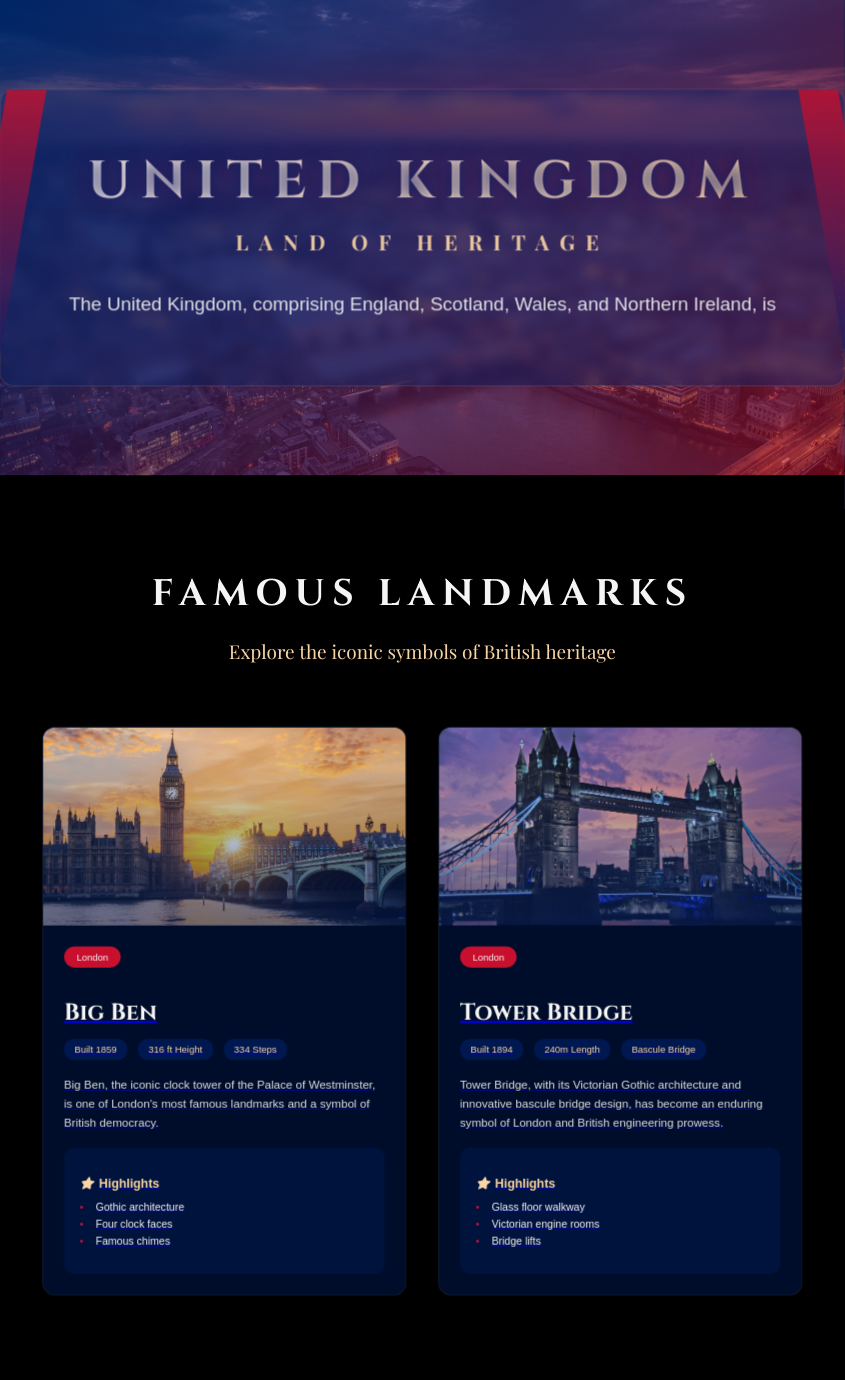
Repository: huang-heavenly-Emperor/NewYork
Page: uk.html
The author's editor kept a copy of each file at every save. The page is drawn from the files as they stood at one save, then again after the next save.
The browser window is 1280 px wide. The pictures show the whole page, at 66% of full size.
Backgrounds fixed to the window are drawn as part of the page.

Above is the page before, as saved 2025-02-19 16:13:00.
Not found: images/uk-pattern.jpg

### uk.html
<!DOCTYPE html>
<html lang="en">

<head>
  <meta charset="UTF-8">
  <meta name="viewport" content="width=device-width, initial-scale=1.0">
  <title>United Kingdom - Tour</title>
  <link rel="stylesheet" href="css/style.css">
  <link rel="stylesheet" href="css/uk.css">
  <link rel="stylesheet" href="css/animations.css">
  <link rel="stylesheet" href="lib/font-awesome.css">
  <link rel="preconnect" href="https://fonts.googleapis.com">
  <link rel="preconnect" href="https://fonts.gstatic.com" crossorigin>
  <link href="https://fonts.googleapis.com/css2?family=Cinzel:wght@400;700&family=Playfair+Display:wght@400;700&display=swap" rel="stylesheet">
</head>

<body>
  <!-- 主要内容区 -->
  <main class="main-content">
    <!-- 英雄横幅 -->
    <div class="hero-banner">
      <div class="overlay"></div>
      <div class="british-pattern top"></div>
      <div class="british-pattern bottom"></div>

      <!-- 卷轴容器 -->
      <div class="scroll-container">
        <div class="scroll-decoration left"></div>
        <div class="scroll-decoration right"></div>
        <div class="scroll-inner">
          <h1 class="city-title">
            <span class="english-title">United Kingdom</span>
            <span class="subtitle">Land of Heritage</span>
          </h1>
          <div class="intro-quote typewriter-text" data-text="The United Kingdom, comprising England, Scotland, Wales, and Northern Ireland, is known for its rich history and cultural influence. London, its capital, features landmarks like Big Ben and Buckingham Palace. The UK is famous for its literature, music, and traditions like afternoon tea. Its diverse landscapes range from the Scottish Highlands to the English countryside.">
          </div>
        </div>
      </div>
    </div>

    <!-- 地标部分 -->
    <section class="continent-section">
      <div class="section-header">
        <h2 class="section-title">Famous Landmarks</h2>
        <p class="section-subtitle">Explore the iconic symbols of British heritage</p>
      </div>

      <!-- 地标卡片网格 -->
      <div class="landmark-grid">
        <!-- 大本钟卡片 -->
        <a href="big-ben.html" class="landmark-link">
          <div class="landmark-card">
            <div class="landmark-image">
              <img src="images/big-ben.jpg" alt="Big Ben">
              <div class="image-overlay"></div>
            </div>
            <div class="landmark-content">
              <div class="content-inner">
                <span class="location-tag">London</span>
                <h2>Big Ben</h2>
                <div class="quick-info">
                  <span>Built 1859</span>
                  <span>316 ft Height</span>
                  <span>334 Steps</span>
                </div>
                <p class="description">
                  Big Ben, the iconic clock tower of the Palace of Westminster, is one of London's most famous landmarks and a symbol of British democracy.
                </p>
                <div class="highlights">
                  <h3><i class="fas fa-star"></i> Highlights</h3>
                  <ul>
                    <li>Gothic architecture</li>
                    <li>Four clock faces</li>
                    <li>Famous chimes</li>
                  </ul>
                </div>
              </div>
            </div>
          </div>
        </a>

        <!-- 伦敦塔桥卡片 -->
        <a href="tower-bridge.html" class="landmark-link">
          <div class="landmark-card">
            <div class="landmark-image">
              <img src="images/tower-bridge.jpg" alt="Tower Bridge">
              <div class="image-overlay"></div>
            </div>
            <div class="landmark-content">
              <div class="content-inner">
                <span class="location-tag">London</span>
                <h2>Tower Bridge</h2>
                <div class="quick-info">
                  <span>Built 1894</span>
                  <span>240m Length</span>
                  <span>Bascule Bridge</span>
                </div>
                <p class="description">
                  Tower Bridge, with its Victorian Gothic architecture and innovative bascule bridge design, has become an enduring symbol of London and British engineering prowess.
                </p>
                <div class="highlights">
                  <h3><i class="fas fa-star"></i> Highlights</h3>
                  <ul>
                    <li>Glass floor walkway</li>
                    <li>Victorian engine rooms</li>
                    <li>Bridge lifts</li>
                  </ul>
                </div>
              </div>
            </div>
          </div>
        </a>
      </div>
    </section>
  </main>

  <script>
    document.addEventListener('DOMContentLoaded', function() {
      const typewriterText = document.querySelector('.typewriter-text');
      const text = typewriterText.getAttribute('data-text');
      typewriterText.textContent = '';

      let charIndex = 0;
      const typingSpeed = 50;

      function typeText() {
        if (charIndex < text.length) {
          typewriterText.textContent += text.charAt(charIndex);
          charIndex++;
          setTimeout(typeText, typingSpeed);
        } else {
          typewriterText.classList.add('typing-complete');
        }
      }

      setTimeout(typeText, 1000);
    });
  </script>
</body>

</html>

### css/uk.css
/* 基础变量 */
:root {
    --british-red: #C8102E;     /* 英国国旗红 */
    --british-blue: #012169;    /* 英国国旗蓝 */
    --royal-gold: #FAD5A5;      /* 皇家金色 */
    --navy-blue: #000080;       /* 海军蓝 */
    --cream-white: #F5F5F5;     /* 奶油白 */
}

/* 主要内容区 */
.main-content {
    min-height: 100vh;
    background: #000;
    position: relative;
}

/* 英雄横幅 */
.hero-banner {
    position: relative;
    width: 100%;
    height: 100vh;
    background: url('../images/uk-bg.jpg') center/cover no-repeat;
    display: flex;
    align-items: center;
    justify-content: center;
    overflow: hidden;
}

.overlay {
    position: absolute;
    top: 0;
    left: 0;
    width: 100%;
    height: 100%;
    background: linear-gradient(
        135deg,
        rgba(1, 33, 105, 0.7),    /* 英国蓝 */
        rgba(200, 16, 46, 0.5)     /* 英国红 */
    );
    z-index: 1;
}

.british-pattern {
    position: absolute;
    width: 100%;
    height: 150px;

    opacity: 0.1;
    z-index: 2;
}

.british-pattern.top {
    top: 0;
    transform: rotate(180deg);
}

.british-pattern.bottom {
    bottom: 0;
}

/* 卷轴容器 */
.scroll-container {
    position: relative;
    max-width: 1200px;
    width: 90%;
    padding: 4rem;
    margin: 2rem auto;
    background: rgba(1, 33, 105, 0.4);
    backdrop-filter: blur(8px);
    -webkit-backdrop-filter: blur(8px);
    border-radius: 20px;
    border: 1px solid rgba(250, 213, 165, 0.2);
    z-index: 3;
}

.scroll-decoration {
    position: absolute;
    width: 60px;
    height: 100%;
    top: 0;
    background: linear-gradient(
        to bottom,
        var(--british-red),
        var(--british-blue)
    );
    opacity: 0.8;
    z-index: -1;
}

.scroll-decoration.left {
    left: -30px;
    transform: skew(-10deg);
}

.scroll-decoration.right {
    right: -30px;
    transform: skew(10deg);
}

.scroll-inner {
    text-align: center;
}

/* 标题样式 */
.city-title {
    margin-bottom: 3rem;
}

.city-title .english-title {
    display: block;
    font-size: 5rem;
    font-family: 'Cinzel', serif;
    color: var(--cream-white);
    margin-bottom: 1rem;
    text-transform: uppercase;
    letter-spacing: 0.2em;
    text-shadow:
        0 0 20px rgba(1, 33, 105, 0.8),
        0 0 40px rgba(200, 16, 46, 0.4);
    background: linear-gradient(
        45deg,
        var(--cream-white),
        var(--royal-gold)
    );
    -webkit-background-clip: text;
    -webkit-text-fill-color: transparent;
}

.city-title .subtitle {
    display: block;
    font-size: 2rem;
    font-family: 'Playfair Display', serif;
    color: var(--royal-gold);
    text-transform: uppercase;
    letter-spacing: 0.5em;
    opacity: 0.9;
}

.intro-quote {
    font-size: 1.8rem;
    line-height: 1.8;
    color: var(--cream-white);
    margin: 2rem 0;
    opacity: 0.9;
}

/* 地标部分 */
.continent-section {
    padding: 6rem 2rem;
    background: url('../images/uk-pattern.jpg') center/cover fixed;
}

.section-header {
    text-align: center;
    margin-bottom: 4rem;
}

.section-title {
    font-size: 3.5rem;
    color: var(--cream-white);
    margin-bottom: 1rem;
    text-transform: uppercase;
    letter-spacing: 0.2em;
    font-family: 'Cinzel', serif;
}

.section-subtitle {
    font-size: 1.8rem;
    color: var(--royal-gold);
    font-family: 'Playfair Display', serif;
}

/* 地标卡片网格 */
.landmark-grid {
    display: grid;
    grid-template-columns: repeat(auto-fit, minmax(400px, 1fr));
    gap: 3rem;
    max-width: 1400px;
    margin: 0 auto;
    padding: 2rem;
}

.landmark-card {
    background: rgba(1, 33, 105, 0.4);
    border-radius: 20px;
    overflow: hidden;
    transition: all 0.4s ease;
    border: 1px solid rgba(250, 213, 165, 0.1);
    backdrop-filter: blur(8px);
    -webkit-backdrop-filter: blur(8px);
}

.landmark-card:hover {
    transform: translateY(-10px);
    box-shadow:
        0 20px 40px rgba(0, 0, 0, 0.3),
        0 0 30px rgba(1, 33, 105, 0.3);
    border-color: rgba(250, 213, 165, 0.3);
}

.landmark-image {
    position: relative;
    width: 100%;
    height: 300px;
    overflow: hidden;
}

.landmark-image img {
    width: 100%;
    height: 100%;
    object-fit: cover;
    transition: transform 0.6s ease;
}

.landmark-card:hover .landmark-image img {
    transform: scale(1.1);
}

.image-overlay {
    position: absolute;
    top: 0;
    left: 0;
    width: 100%;
    height: 100%;
    background: linear-gradient(
        to bottom,
        transparent,
        rgba(1, 33, 105, 0.8)
    );
    opacity: 0.7;
}

.landmark-content {
    padding: 2rem;
}

.location-tag {
    display: inline-block;
    padding: 0.5rem 1.2rem;
    background: var(--british-red);
    color: var(--cream-white);
    border-radius: 20px;
    font-size: 0.9rem;
    margin-bottom: 1rem;
}

.landmark-content h2 {
    font-size: 2.2rem;
    color: var(--cream-white);
    margin-bottom: 1rem;
    font-family: 'Cinzel', serif;
}

.quick-info {
    display: flex;
    gap: 1rem;
    flex-wrap: wrap;
    margin-bottom: 1.5rem;
}

.quick-info span {
    background: rgba(1, 33, 105, 0.6);
    padding: 0.5rem 1rem;
    border-radius: 15px;
    font-size: 0.9rem;
    color: var(--royal-gold);
}

.description {
    font-size: 1.1rem;
    color: var(--cream-white);
    margin-bottom: 1.5rem;
    line-height: 1.6;
    opacity: 0.9;
}

.highlights {
    background: rgba(1, 33, 105, 0.3);
    padding: 1.5rem;
    border-radius: 15px;
}

.highlights h3 {
    color: var(--royal-gold);
    margin-bottom: 1rem;
    display: flex;
    align-items: center;
    gap: 0.5rem;
}

.highlights ul {
    list-style: none;
    padding: 0;
}

.highlights li {
    color: var(--cream-white);
    margin-bottom: 0.5rem;
    padding-left: 1.5rem;
    position: relative;
}

.highlights li::before {
    content: '•';
    color: var(--british-red);
    position: absolute;
    left: 0;
}

/* 响应式设计 */
@media (max-width: 1200px) {
    .city-title .english-title {
        font-size: 4rem;
    }

    .city-title .subtitle {
        font-size: 1.8rem;
    }

    .intro-quote {
        font-size: 1.6rem;
    }
}

@media (max-width: 768px) {
    .scroll-container {
        padding: 2rem;
    }

    .city-title .english-title {
        font-size: 3rem;
    }

    .city-title .subtitle {
        font-size: 1.4rem;
        letter-spacing: 0.3em;
    }

    .intro-quote {
        font-size: 1.4rem;
    }

    .landmark-grid {
        grid-template-columns: 1fr;
    }
}

@media (max-width: 480px) {
    .scroll-container {
        padding: 1.5rem;
    }

    .city-title .english-title {
        font-size: 2.5rem;
    }

    .city-title .subtitle {
        font-size: 1.2rem;
        letter-spacing: 0.2em;
    }

    .intro-quote {
        font-size: 1.2rem;
    }

    .section-title {
        font-size: 2.5rem;
    }

    .section-subtitle {
        font-size: 1.4rem;
    }
}

### css/animations.css
/* Opening animation */
@keyframes fadeInScale {
  0% {
    opacity: 0;
    transform: scale(0.9);
  }
  50% {
    opacity: 0.5;
    transform: scale(1.02);
  }
  100% {
    opacity: 1;
    transform: scale(1);
  }
}

@keyframes slideInFromBottom {
  0% {
    opacity: 0;
    transform: translate(-50%, 50px);
  }
  60% {
    opacity: 0.8;
    transform: translate(-50%, -5px);
  }
  80% {
    transform: translate(-50%, 2px);
  }
  100% {
    opacity: 1;
    transform: translate(-50%, 0);
  }
}

@keyframes slideInFromTop {
  0% {
    opacity: 0;
    transform: translateY(-30px);
  }
  100% {
    opacity: 1;
    transform: translateY(0);
  }
}

@keyframes fadeInRotate {
  0% {
    opacity: 0;
    transform: rotate(-10deg) scale(0.95);
  }
  100% {
    opacity: 1;
    transform: rotate(0) scale(1);
  }
}

/* Navigation bar animation */
.main-nav {
  animation: slideInFromTop 0.8s cubic-bezier(0.34, 1.56, 0.64, 1);
}

.nav-links li {
  opacity: 0;
  animation: fadeInRotate 0.6s cubic-bezier(0.34, 1.56, 0.64, 1) forwards;
}

.nav-links li:nth-child(1) { animation-delay: 0.2s; }
.nav-links li:nth-child(2) { animation-delay: 0.3s; }
.nav-links li:nth-child(3) { animation-delay: 0.4s; }
.nav-links li:nth-child(4) { animation-delay: 0.5s; }

/* Navigation link hover effect */
.nav-links a {
  transition: all 0.3s cubic-bezier(0.34, 1.56, 0.64, 1);
}

.nav-links a:hover {
  transform: translateY(-2px) scale(1.05);
  text-shadow: 0 2px 4px rgba(0, 0, 0, 0.2);
}

/* Rocket animation */
.rocketManSVG {
  opacity: 0;
  animation: fadeInScale 1s cubic-bezier(0.23, 1, 0.32, 1) 1s forwards;
}

/* Star animation */
.star {
  opacity: 0;
  animation: fadeInRotate 0.8s cubic-bezier(0.34, 1.56, 0.64, 1) forwards;
}

.starContainer .star:nth-child(odd) {
  animation-delay: 0.5s;
}

.starContainer .star:nth-child(even) {
  animation-delay: 0.7s;
}

/* Satellite animation */
.satellite {
  opacity: 0;
  animation: fadeInScale 1s cubic-bezier(0.23, 1, 0.32, 1) 1.2s forwards;
}

/* Title animation */
.demo--dancing-shadows__title {
  animation: fadeInScale 1.8s cubic-bezier(0.23, 1, 0.32, 1);
}

.text-wrapper {
  animation: fadeInScale 2s cubic-bezier(0.23, 1, 0.32, 1) 0.2s backwards;
}

/* CTA button animation */
.cta-wrapper {
  position: fixed;
  bottom: 50px;
  left: 50%;
  transform: translateX(-50%);
  z-index: 1000;
  animation: slideInFromBottom 1.2s cubic-bezier(0.34, 1.56, 0.64, 1) 1.5s backwards;
  opacity: 1;
}

.cta-button {
  transition: all 0.5s cubic-bezier(0.34, 1.56, 0.64, 1);
  will-change: transform;
  position: relative;
  z-index: 1000;
  opacity: 1;
}

.cta-button:hover {
  transform: translateY(-6px) scale(1.03);
  box-shadow: 0 12px 35px rgba(255, 107, 107, 0.4);
  background: linear-gradient(135deg,
    rgba(255, 127, 127, 0.98),
    rgba(255, 127, 167, 0.98)
  );
  letter-spacing: 1px;
}

.cta-button:active {
  transform: translateY(-2px) scale(0.98);
  box-shadow: 0 6px 20px rgba(255, 107, 107, 0.4);
  transition: all 0.2s cubic-bezier(0.34, 1.56, 0.64, 1);
}

/* Text hover effect */
.text-item {
  transition: all 0.4s cubic-bezier(0.34, 1.56, 0.64, 1);
  will-change: transform;
}

.text-item:hover {
  transform: translateY(-4px) scale(1.08);
  text-shadow: 0 0.15rem black,
               0 0.25rem black,
               0 0.35rem black,
               0 0.45rem black,
               0 0.65rem black,
               0 0.75rem rgba(255, 255, 255, 0.8),
               0 0.85rem rgba(255, 255, 255, 0.6);
}

/* Background animation effect */
.demo--dancing-shadows__title:before {
  transition: all 0.8s cubic-bezier(0.23, 1, 0.32, 1);
}

.demo--dancing-shadows__title:hover:before {
  filter: hue-rotate(25deg) brightness(1.15);
}

/* 页面开场动画 */
.page-entrance {
    position: fixed;
    top: 0;
    left: 0;
    width: 100%;
    height: 100%;
    background: #000;
    z-index: 9999;
    display: flex;
    justify-content: center;
    align-items: center;
    animation: fadeOut 0.5s ease forwards 2.5s;
}

.entrance-content {
    text-align: center;
    opacity: 0;
    animation: contentFadeIn 0.8s ease forwards 0.5s;
}

.entrance-title {
    font-size: 4rem;
    color: transparent;
    position: relative;
    margin-bottom: 1rem;
}

.entrance-title .chinese {
    display: block;
    font-family: "STKaiti", "楷体", serif;
    font-size: 5rem;
    background: linear-gradient(120deg, #FFD700, #FFA500);
    -webkit-background-clip: text;
    background-clip: text;
    opacity: 0;
    transform: translateY(20px);
    animation: titleReveal 0.8s ease forwards 0.8s;
}

.entrance-title .english {
    display: block;
    font-family: "Playfair Display", serif;
    font-size: 2.5rem;
    color: #fff;
    opacity: 0;
    transform: translateY(20px);
    animation: titleReveal 0.8s ease forwards 1.2s;
}

.entrance-line {
    width: 0;
    height: 2px;
    background: linear-gradient(90deg,
        transparent,
        #FFD700,
        #FFA500,
        #FFD700,
        transparent
    );
    margin: 20px auto;
    animation: lineGrow 0.6s ease forwards 1.6s;
}

.entrance-subtitle {
    font-size: 1.2rem;
    color: rgba(255, 255, 255, 0.8);
    opacity: 0;
    transform: translateY(20px);
    animation: titleReveal 0.8s ease forwards 1.8s;
}

/* 开场动画关键帧 */
@keyframes fadeOut {
    to {
        opacity: 0;
        visibility: hidden;
    }
}

@keyframes contentFadeIn {
    from {
        opacity: 0;
        transform: translateY(30px);
    }
    to {
        opacity: 1;
        transform: translateY(0);
    }
}

@keyframes titleReveal {
    from {
        opacity: 0;
        transform: translateY(20px);
    }
    to {
        opacity: 1;
        transform: translateY(0);
    }
}

@keyframes lineGrow {
    from {
        width: 0;
    }
    to {
        width: 300px;
    }
}

/* 页面内容延迟显示 */
.content-delay {
    opacity: 0;
    animation: contentAppear 1s ease forwards 3s;
}

@keyframes contentAppear {
    to {
        opacity: 1;
    }
}

### lib/font-awesome.css
@font-face {
    font-family: 'Font Awesome 6 Free';
    font-style: normal;
    font-weight: 900;
    src: url('webfonts/fa-solid-900.woff2') format('woff2');
}

.fas {
    font-family: 'Font Awesome 6 Free';
    font-weight: 900;
}

.fa-home:before {
    content: "\f015";
}

.fa-globe-americas:before {
    content: "\f57d";
}

.fa-torii-gate:before {
    content: "\f6a1";
}

.fa-sun:before {
    content: "\f185";
}

.fa-landmark:before {
    content: "\f66f";
}

.fa-flag-usa:before {
    content: "\f74d";
}

.fa-star:before {
    content: "\f005";
}

.fa-chart-line:before {
    content: "\f201";
}

.fa-city:before {
    content: "\f64f";
}

.fa-tree:before {
    content: "\f1bb";
}

.fa-theater-masks:before {
    content: "\f630";
}

.fa-ellipsis-h:before {
    content: "\f141";
}

.fa-camera:before {
    content: "\f030";
}

.fa-print:before {
    content: "\f02f";
}

.fa-arrow-left:before {
    content: "\f060";
}

Loaded but not shown: css/style.css (502 lines, source omitted)

After the next save:
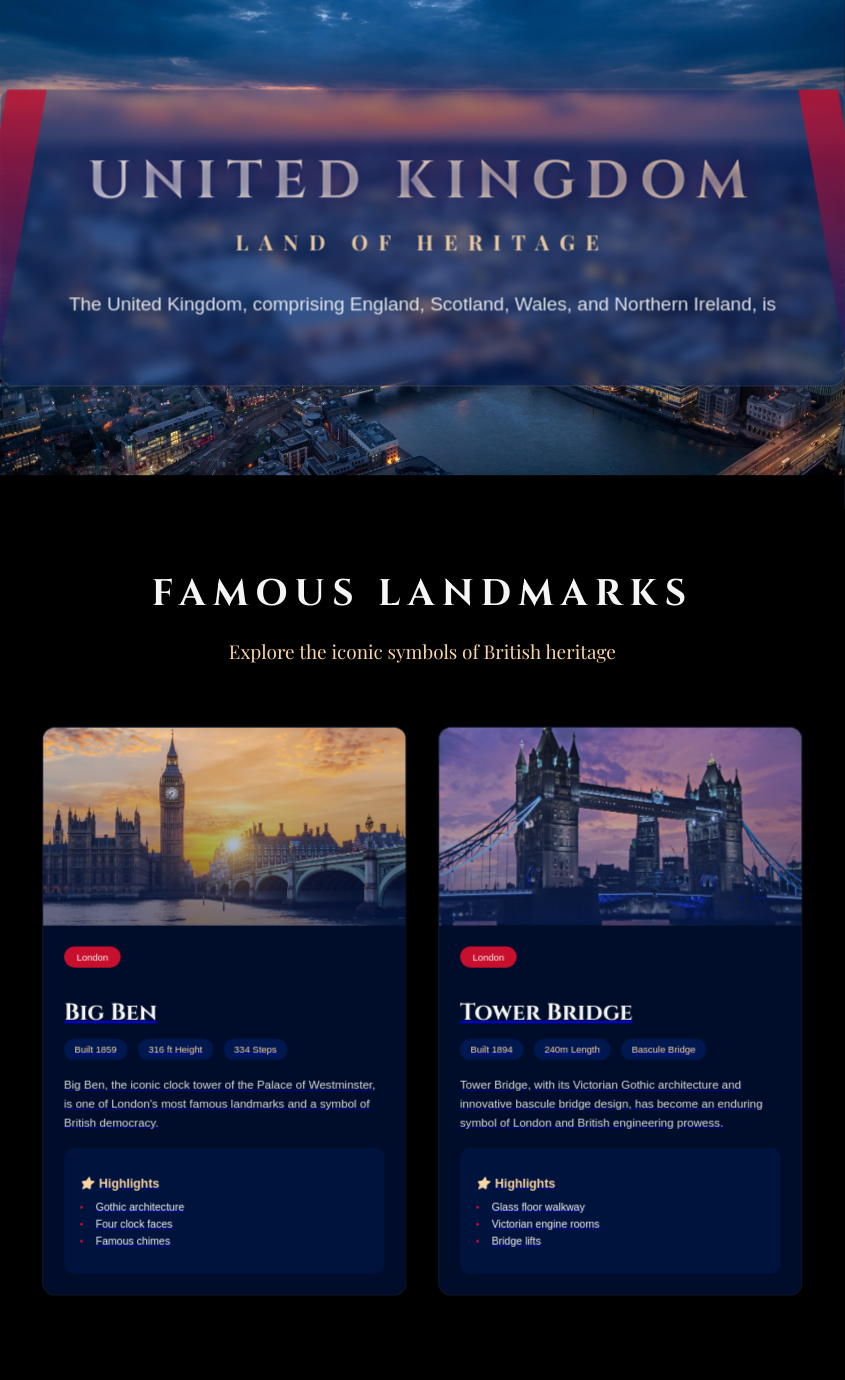
Saved 10 s later.
--- a/css/uk.css
+++ b/css/uk.css
@@ -32,11 +32,7 @@
     left: 0;
     width: 100%;
     height: 100%;
-    background: linear-gradient(
-        135deg,
-        rgba(1, 33, 105, 0.7),    /* 英国蓝 */
-        rgba(200, 16, 46, 0.5)     /* 英国红 */
-    );
+
     z-index: 1;
 }
 
